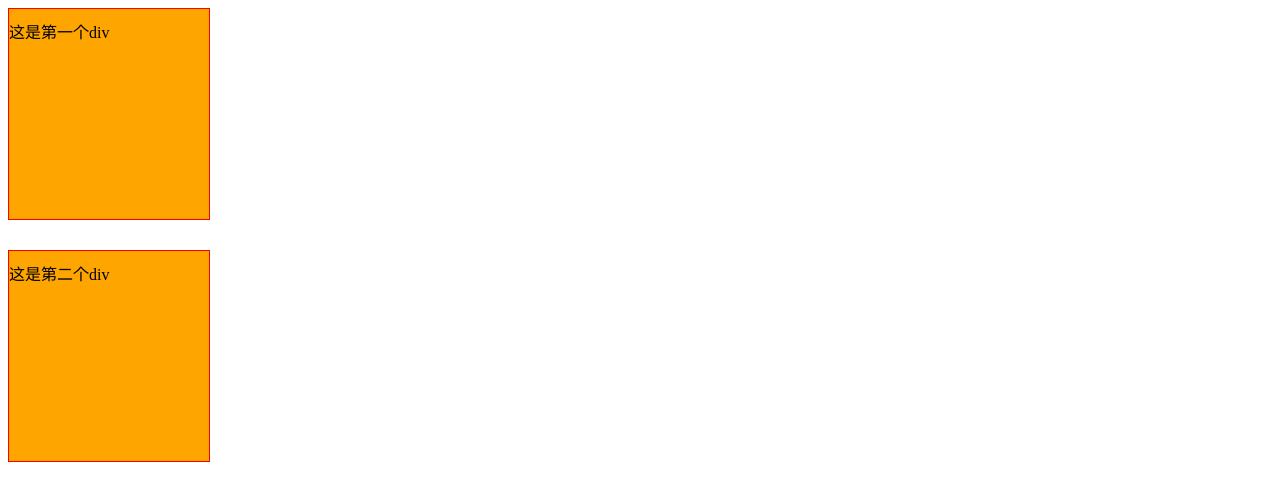
Repository: nanfengovo/CSS
Page: boxmodel.html
These files come from the project's save history. The page is drawn as it stood at one moment and after the next save; the edit follows.
The browser window is 1280 px wide. The pictures show the whole page.

Above is the page before, as saved 2025-01-01 11:44:08.

### boxmodel.html
<!DOCTYPE html>
<html lang="en">
<head>
    <meta charset="UTF-8">
    <meta name="viewport" content="width=device-width, initial-scale=1.0">
    <title>Box Model</title>
    <style>
        .box{
            width: 200px;
            height: 200px;
            background-color: orange;
            margin-bottom: 30px;
            border: 1px solid red;
            padding-top: 10px;
        }
    </style>
</head>
<body>
    <!-- content:内容 -->

    <!-- margin:外边距 -->
    <!-- padding:内边距 -->
    <!-- border:边框 -->
    <div class="box">这是第一个div</div>
    <div class="box">这是第二个div</div>
</body>
</html>

After the next save:
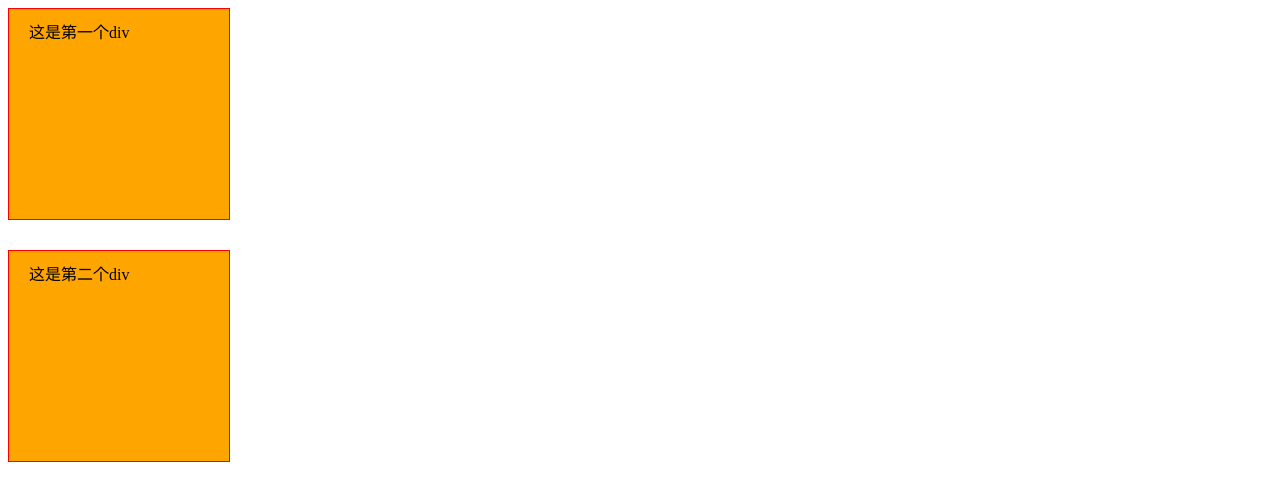
Saved 6 s later.
--- a/boxmodel.html
+++ b/boxmodel.html
@@ -12,6 +12,7 @@
             margin-bottom: 30px;
             border: 1px solid red;
             padding-top: 10px;
+            padding-left: 20px
         }
     </style>
 </head>
